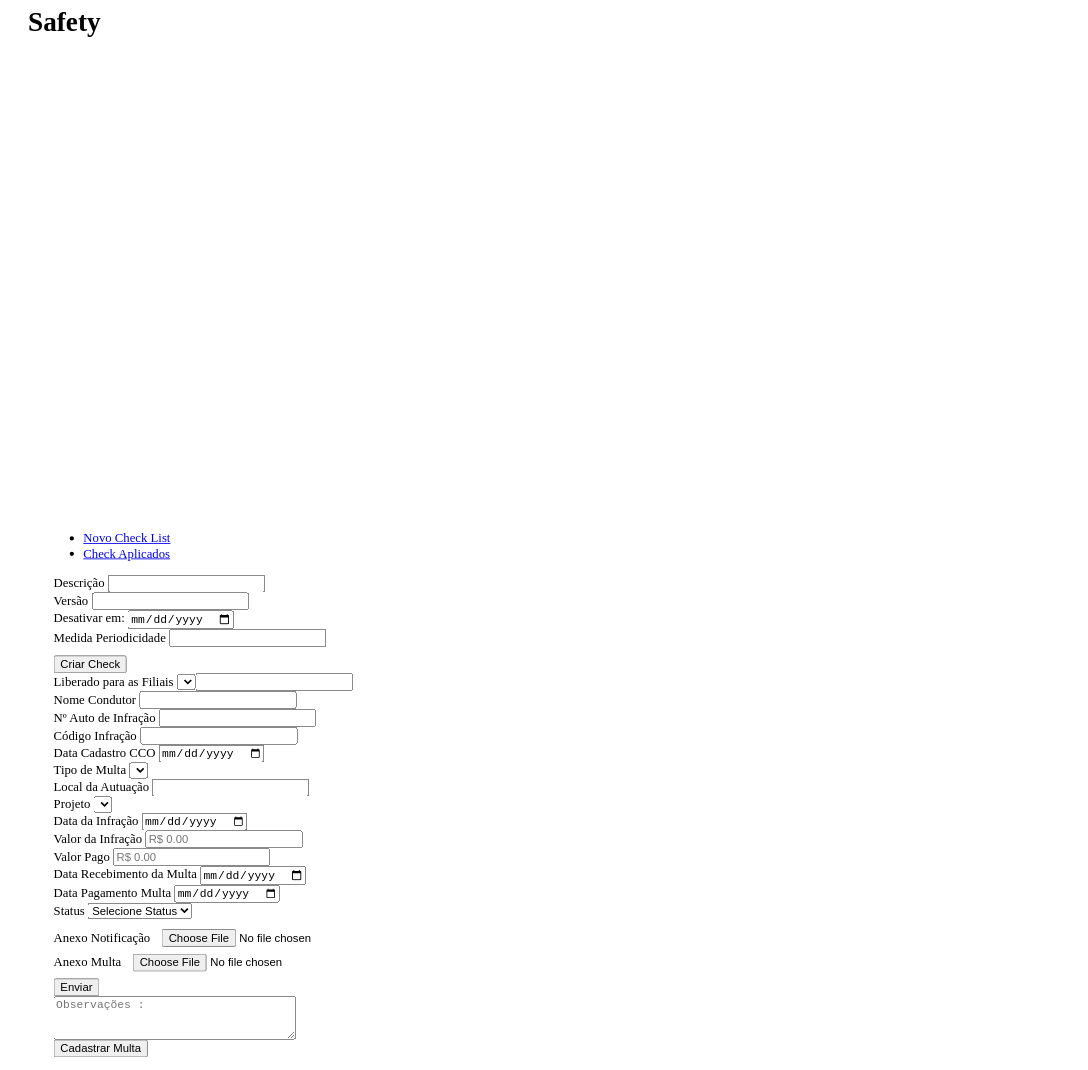
Repository: Conlog-SA/portal_operacional
Page: apps/safety_layout_checklist_app/templates/safety_layout_checklist_app/form_cad_layout_checklist.html
These files come from the project's save history. The page is drawn as it stood at one moment and after the next save; the edit follows.
The browser window is 1280 px wide. The pictures show the whole page, at 85% of full size.
The template is drawn by Django 3.2. The application's start-up code is not run. The template is opened directly, without the code that normally fills it, so the values that code supplies are empty.

Above is the page before, as saved 2023-11-14 15:52:08.

After the next save:
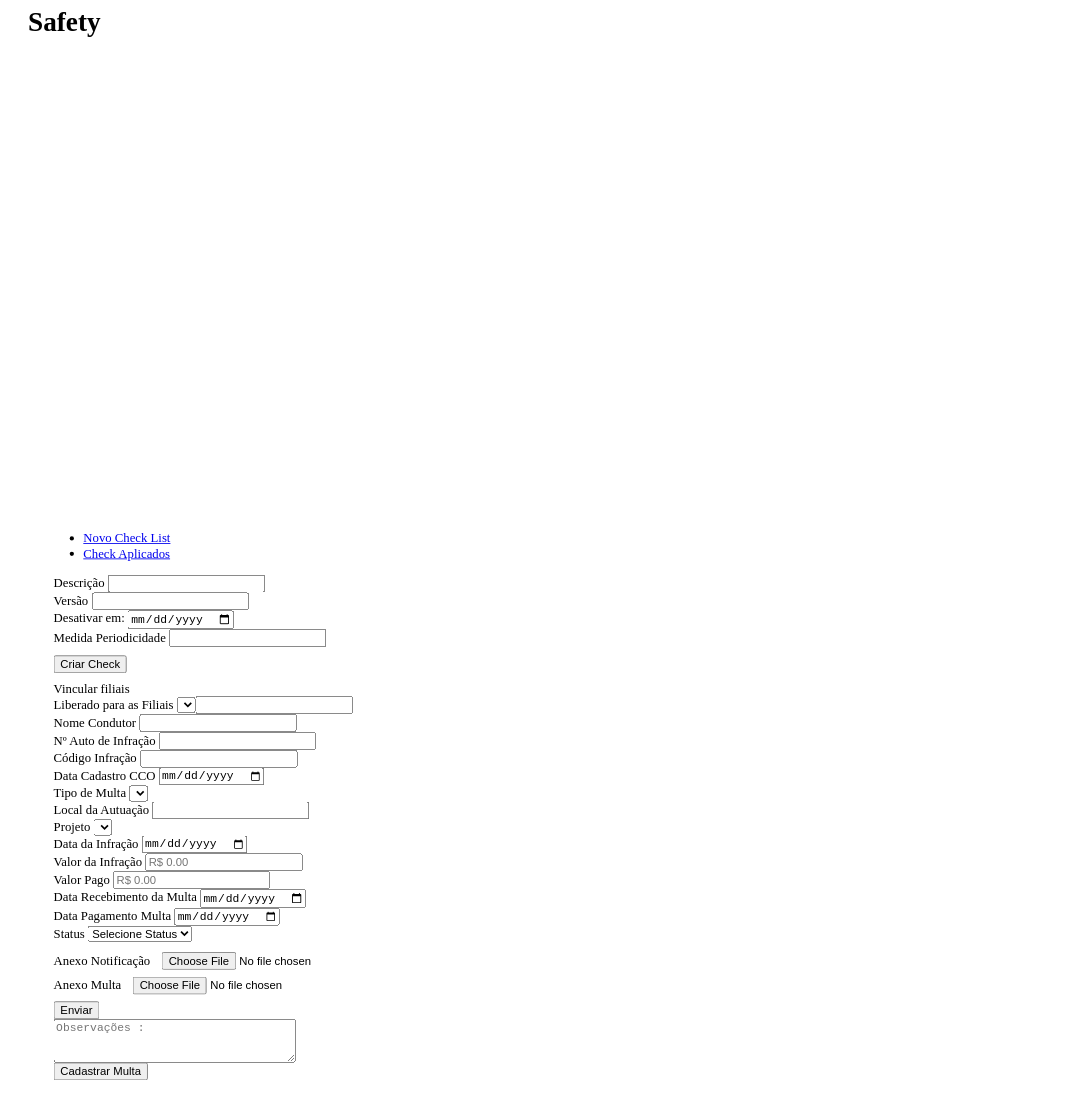
Saved 80 s later.
--- a/apps/safety_layout_checklist_app/templates/safety_layout_checklist_app/form_cad_layout_checklist.html
+++ b/apps/safety_layout_checklist_app/templates/safety_layout_checklist_app/form_cad_layout_checklist.html
@@ -62,6 +62,9 @@
                      </div>
                      <div class="form-group col-sm-12 d-flex justify-content-end" style="margin-top:10px">
                         <button type="button" class="btn btn-primary btn-form" id="btn_new_check" name="btn_new_check"> Criar Check</button>
+                     </div>
+                     <div class="form-group col-sm-12 d-flex justify-content-end" style="margin-top:10px">
+                        <label for="vincular filiais">Vincular filiais</label>
                      </div>
                      <div class="form-group col-sm-12">
                         <label for="liberacao_filiais">Liberado para as Filiais</label>
